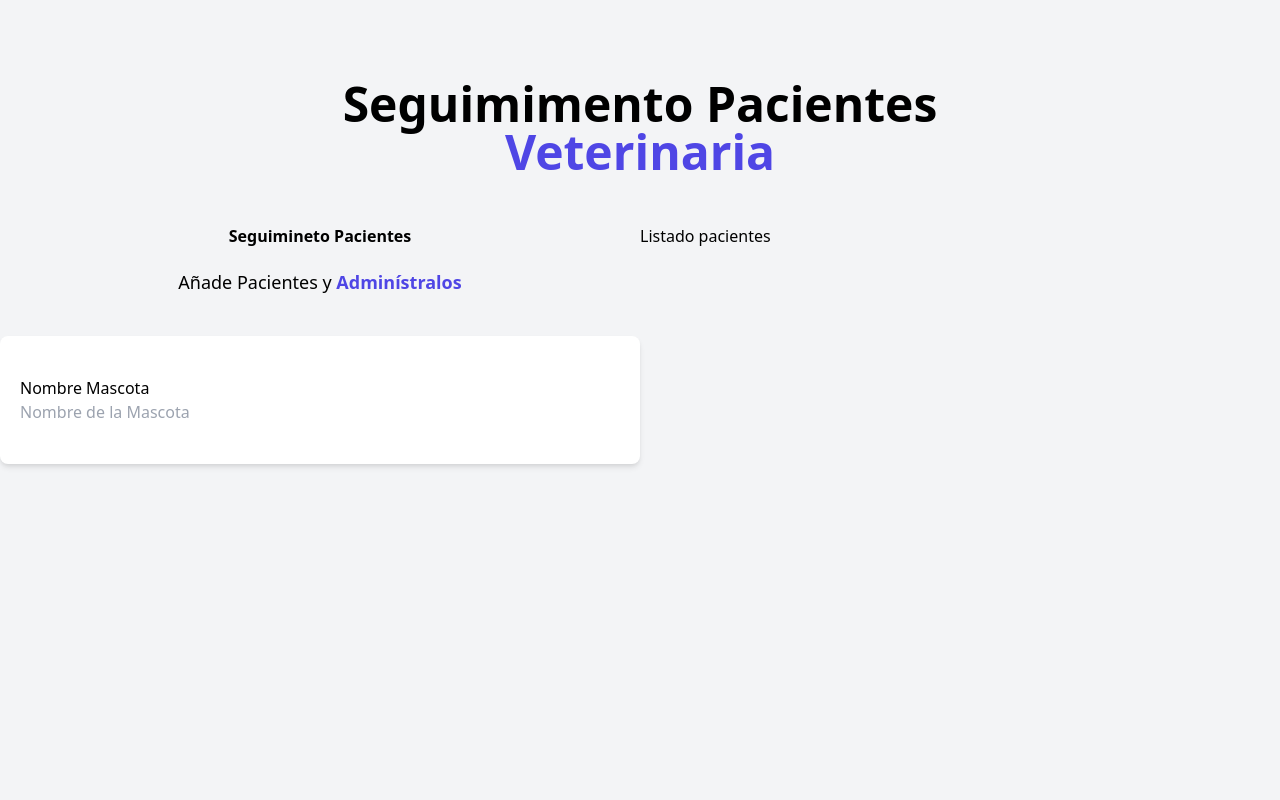
Repository: rlaureano/citas_react
Page: /
The author's editor kept a copy of each file at every save. The page is drawn from the files as they stood at one save, then again after the next save.
The browser window is 1280 px wide. The pictures show the whole page.
The project was rebuilt for these pictures with package versions that can differ from the ones it lists, and the page was loaded fresh each time. Also part of the build but not shown: vite.config.js.

Above is the page before, as saved 2022-01-11 22:09:28.

### src/App.jsx
import Formulario from "./components/Formulario"
import Header from "./components/Header"
import ListadoPacientes from "./components/ListadoPacientes"

function App() {

  return (
    <div className="container mx-auto mt-20">
      <Header  />
      <div className="mt-12 md:flex">
        <Formulario  />
        <ListadoPacientes />
      </div>
    </div>
  )
}

export default App

### src/components/Formulario.jsx
import React from 'react'

const Formulario = () => {
  return (
    <div className="md:w-1/2 lg:w2/5">

      <h2 className="font-black text-3x1 text-center">Seguimineto Pacientes</h2>

      <p className="text-lg mt-5 text-center mb-10">
        Añade Pacientes y {''}
        <span className="text-indigo-600 font-bold text-lg">Adminístralos</span>
      </p>

      <form action="" className="bg-white shadow-md rounded-lg py-10 px-5">
        <div>
          <label htmlFor="" className="block">Nombre Mascota</label>
          <input
            type="text"
            placeholder="Nombre de la Mascota"
          />
        </div>
      </form>

    </div>
  )
}

export default Formulario

### src/components/Header.jsx
function Header() {
  return (

      <h1 className="font-black text-5xl text-center md:w-2/3 mx-auto">Seguimimento Pacientes {''}
        <span className="text-indigo-600">Veterinaria</span>
      </h1>

  )
}

export default Header

### src/components/ListadoPacientes.jsx
import React from 'react'

const ListadoPacientes = () => {
  return (
    <div className="w-1/2 ld:w-3/5">
      <h2>Listado pacientes</h2>
    </div>
  )
}

export default ListadoPacientes

### tailwind.config.js
module.exports = {
  purge: ["./index.html", "./src/**/*.{jsx}"],
  content: [],
  theme: {
    extend: {},
  },
  plugins: [],
}

Loaded but not shown: index.html (common file); src/main.jsx (common file); src/index.css (common file)

After the next save:
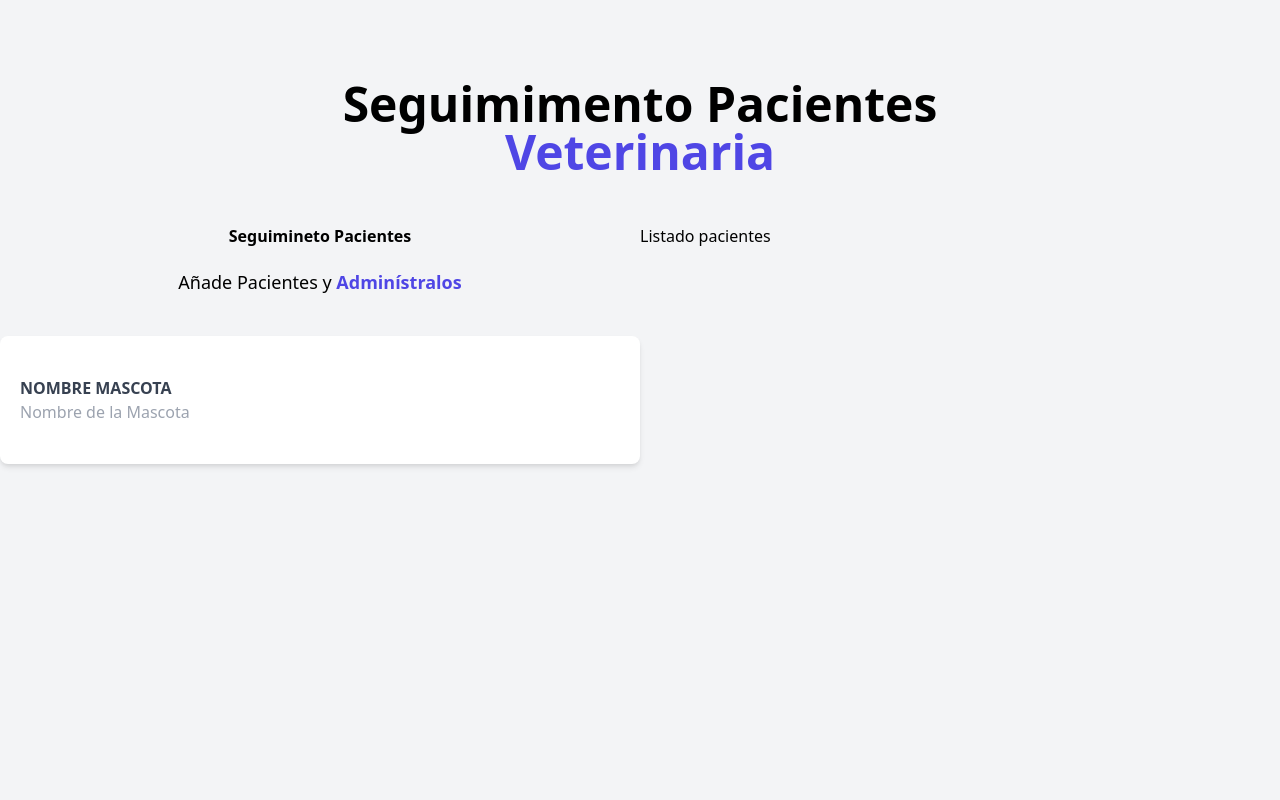
Saved 24 s later.
--- a/src/components/Formulario.jsx
+++ b/src/components/Formulario.jsx
@@ -13,7 +13,7 @@ const Formulario = () => {
 
       <form action="" className="bg-white shadow-md rounded-lg py-10 px-5">
         <div>
-          <label htmlFor="" className="block">Nombre Mascota</label>
+          <label htmlFor="" className="block text-gray-700 uppercase font-bold">Nombre Mascota</label>
           <input
             type="text"
             placeholder="Nombre de la Mascota"
